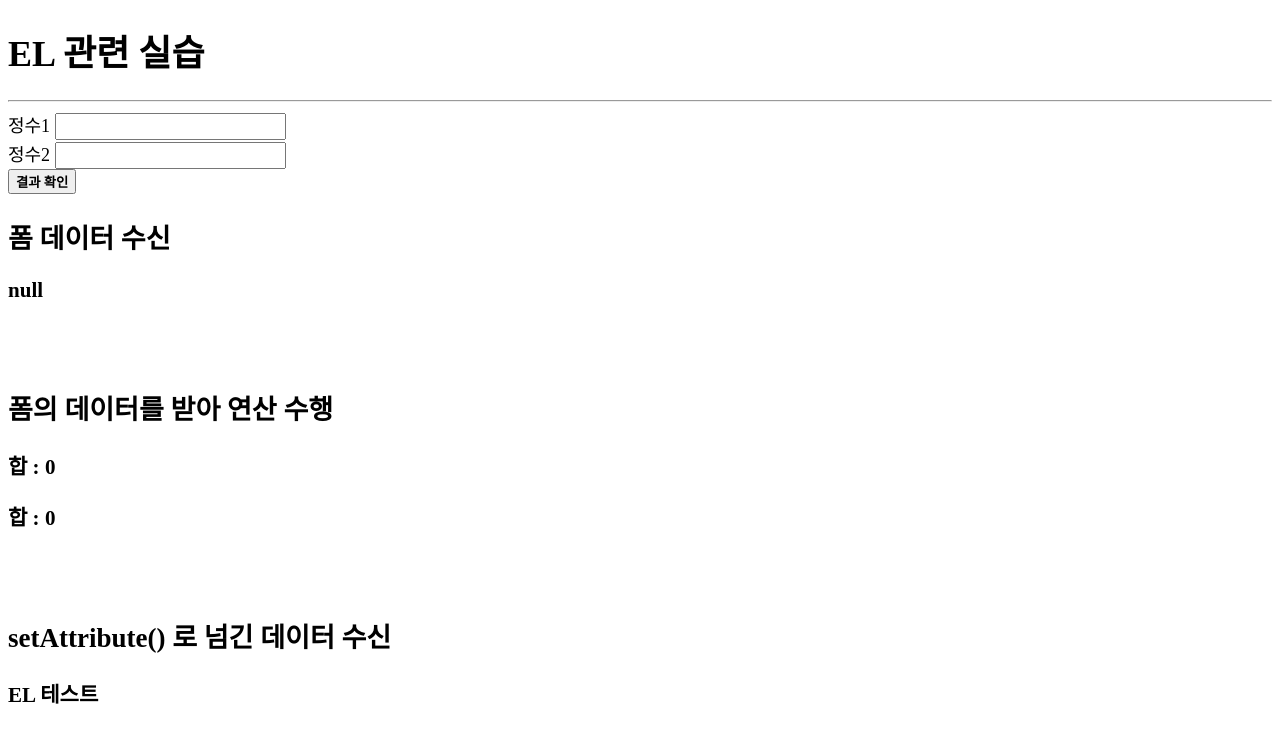
Repository: onpul/Web
Page: http://localhost/WebApp22/Test3.jsp
These files come from the project's save history. The page is drawn as it stood at one moment and after the next save; the edit follows.
The browser window is 1280 px wide. The pictures show the whole page.
The page is served by Tomcat 9. Other server files are loaded and not shown.

Above is the page before, as saved 2022-04-29 01:16:57.

### WebApp22/WebContent/Test3.jsp
<%@ page contentType="text/html; charset=UTF-8"%>
<%@ taglib prefix="c" uri="http://java.sun.com/jsp/jstl/core"%>
<%
	request.setCharacterEncoding("UTF-8");
	String cp = request.getContextPath();
%>
<%

	request.setAttribute("result", "EL 테스트");

%>
<!DOCTYPE html>
<html>
<head>
<meta charset="UTF-8">
<title>Test3.jsp</title>
<link rel="stylesheet" type="text/css" href="css/main.css">
</head>
<body>

<div>
	<h1>EL 관련 실습</h1>
	<hr />
</div>

<div>
	<!-- action 속성 생략 → su1 과 su2 데이터를 전송하며 요청하는 페이지는 자기 자신~!!! -->
	<form method="post">
		정수1 <input type="text" name="su1" class="txt"/><br>
		정수2 <input type="text" name="su2" class="txt"/><br>
		<button type="submit" class="btn">결과 확인</button>
	</form>
</div>

<div>
	<h2>폼 데이터 수신</h2>

	<!-- 폼의 데이터를 수신하는 방법 1 -->
	<h3><%=request.getParameter("su1") %></h3>

	<!-- 폼의 데이터를 수신하는 방법 2 -->
	<h3>${param.su1 }</h3>
	<!-- EL 문법 관찰 -->
	<!-- 제이쿼리 문법과 혼동될 수 있으니 잘 기억해 두자. -->
	<!-- 내부에 있는 파라미터 중에 su1 -->
	<!-- null에 대해 관대하다. null값이 보이지 않는다.(클라이언트에게 좋음) -->
</div>
<br><br>

<div>
	<h2>폼의 데이터를 받아 연산 수행</h2>

	<!-- 폼의 데이터를 받아 연산을 수행하는 방법 1 -->
	<%
		String s1 = request.getParameter("su1");
		String s2 = request.getParameter("su2");

		int s = 0;

		if (s1!=null && s2!=null)
		{
			s = Integer.parseInt(s1) + Integer.parseInt(s2);
		}
	%>
	<h3>합 : <%=s %></h3>

	<!-- 폼의 데이터를 받아 연산을 수행하는 방법 2 --> <!-- EL 문법 사용! -->
	<h3> 합 : ${param.su1 + param.su2 }</h3>
	<!-- → 파라미터 수신도 알아서... -->
	<!-- → 필요한 캐스팅도 알아서 자동으로 수행 -->
	<!-- → null 을 대하는 방식 유연함 check~!!! -->

	<!-- 최초 페이지 요청에서는 null인 상태, submit 수행 후에는 입력하지 않으면 빈 문자열이 입력된 것 -->

</div>
<br><br>

<div>
	<h2>setAttribute() 로 넘긴 데이터 수신</h2>

	<!-- setAttribute()로 넘긴 데이터를 수신하는 방법1 -->
	<h3><%=request.getAttribute("result") %></h3>

</div>


</body>
</html>

### WebApp22/WebContent/css/main.css
@charset "UTF-8";

*
{
	font-family: 맑은고딕;
	color: black;
}

body, p, div, span, input, table, th, td, select
{
	font-size: 18px;
}

.control
{
	border: 1px solid gray;
	border-radius: 3px;
}

.table
{
	border-collapse: collapse;
	width: 100%;
}

.table th, .table td
{
	border: 1px solid gray;
	border-left: 0px;
	border-right: 0px;
	padding: 3px;
	line-height: 150%;
}

.table th
{
	font-weight: bold;
	background-color: #eeeeee;
}

.btn
{
	font-weight: bold;
}

.btn:hover
{
	color: white;
	background-color: #787;
}

After the next save:
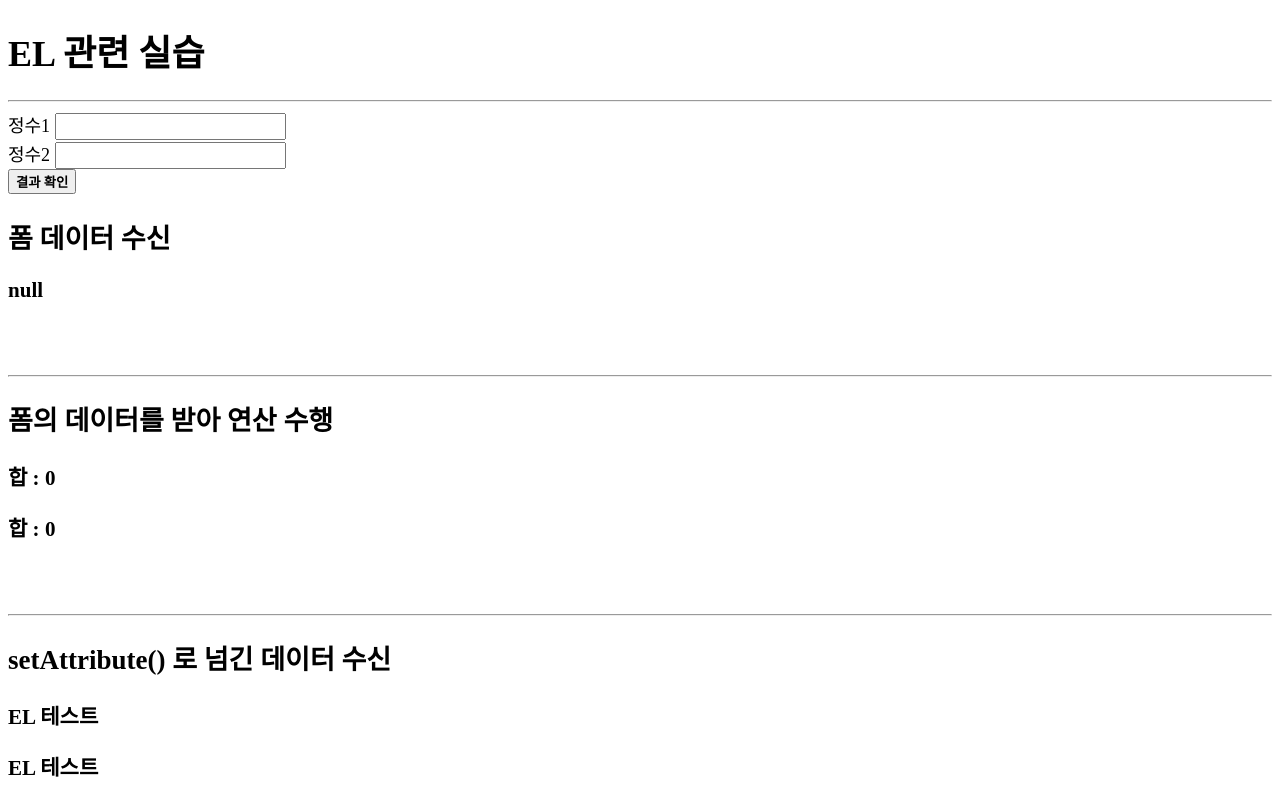
Saved 56 s later.
--- a/WebApp22/WebContent/Test3.jsp
+++ b/WebApp22/WebContent/Test3.jsp
@@ -45,7 +45,7 @@
 	<!-- 내부에 있는 파라미터 중에 su1 -->
 	<!-- null에 대해 관대하다. null값이 보이지 않는다.(클라이언트에게 좋음) -->
 </div>
-<br><br>
+<br><br><hr>
 
 <div>
 	<h2>폼의 데이터를 받아 연산 수행</h2>
@@ -73,7 +73,7 @@
 	<!-- 최초 페이지 요청에서는 null인 상태, submit 수행 후에는 입력하지 않으면 빈 문자열이 입력된 것 -->
 
 </div>
-<br><br>
+<br><br><hr>
 
 <div>
 	<h2>setAttribute() 로 넘긴 데이터 수신</h2>
@@ -81,6 +81,9 @@
 	<!-- setAttribute()로 넘긴 데이터를 수신하는 방법1 -->
 	<h3><%=request.getAttribute("result") %></h3>
 
+	<!-- setAttribute()로 넘긴 데이터를 수신하는 방법2 -->
+	<h3>${result }</h3>
+
 </div>
 
 
